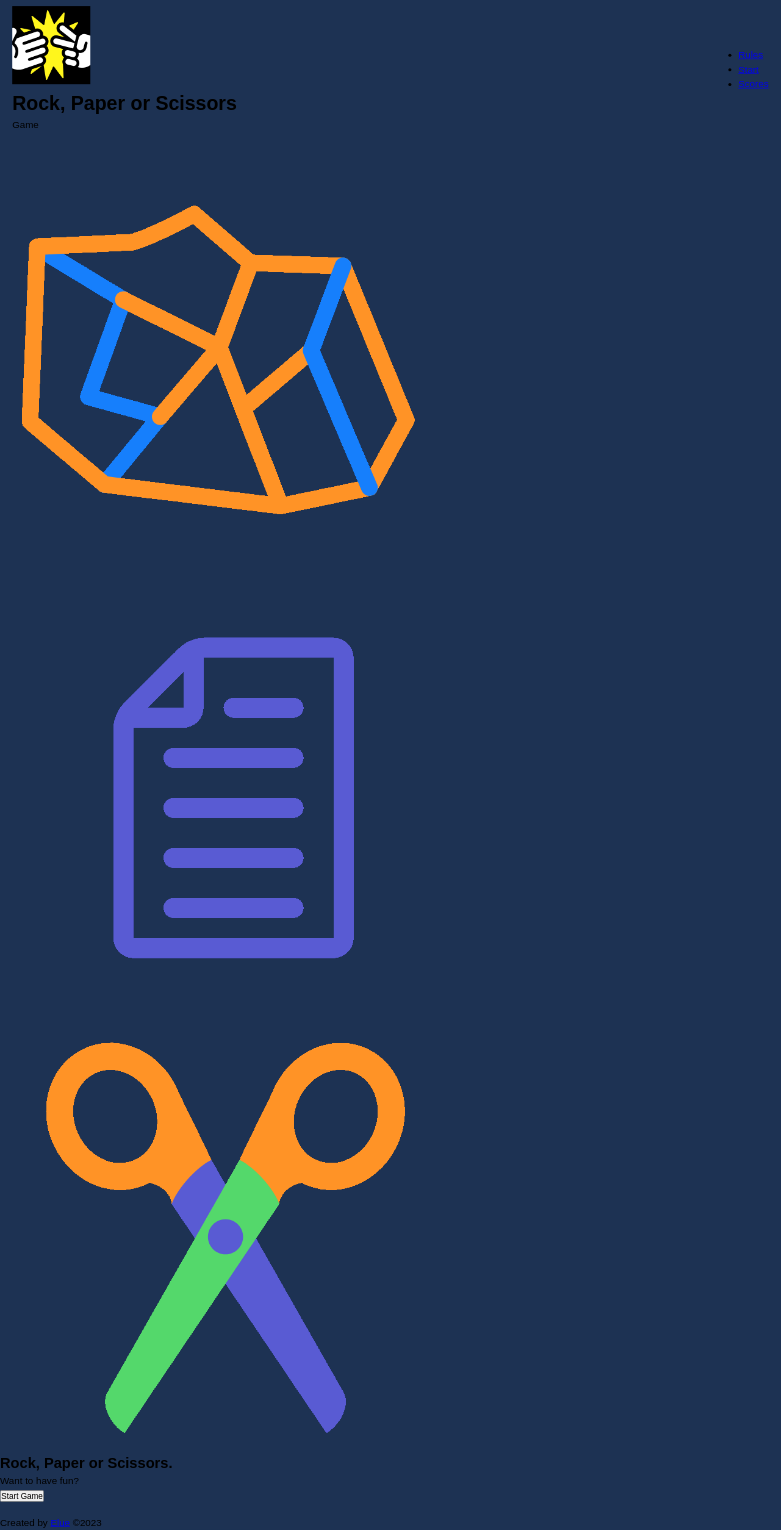
Repository: MikkyPrestige/rock-paper-scissors
Page: index.html
The author's editor kept a copy of each file at every save. The page is drawn from the files as they stood at one save, then again after the next save.
The browser window is 1280 px wide. The pictures show the whole page, at 61% of full size.

Above is the page before, as saved 2023-05-08 04:03:52.

After the next save:
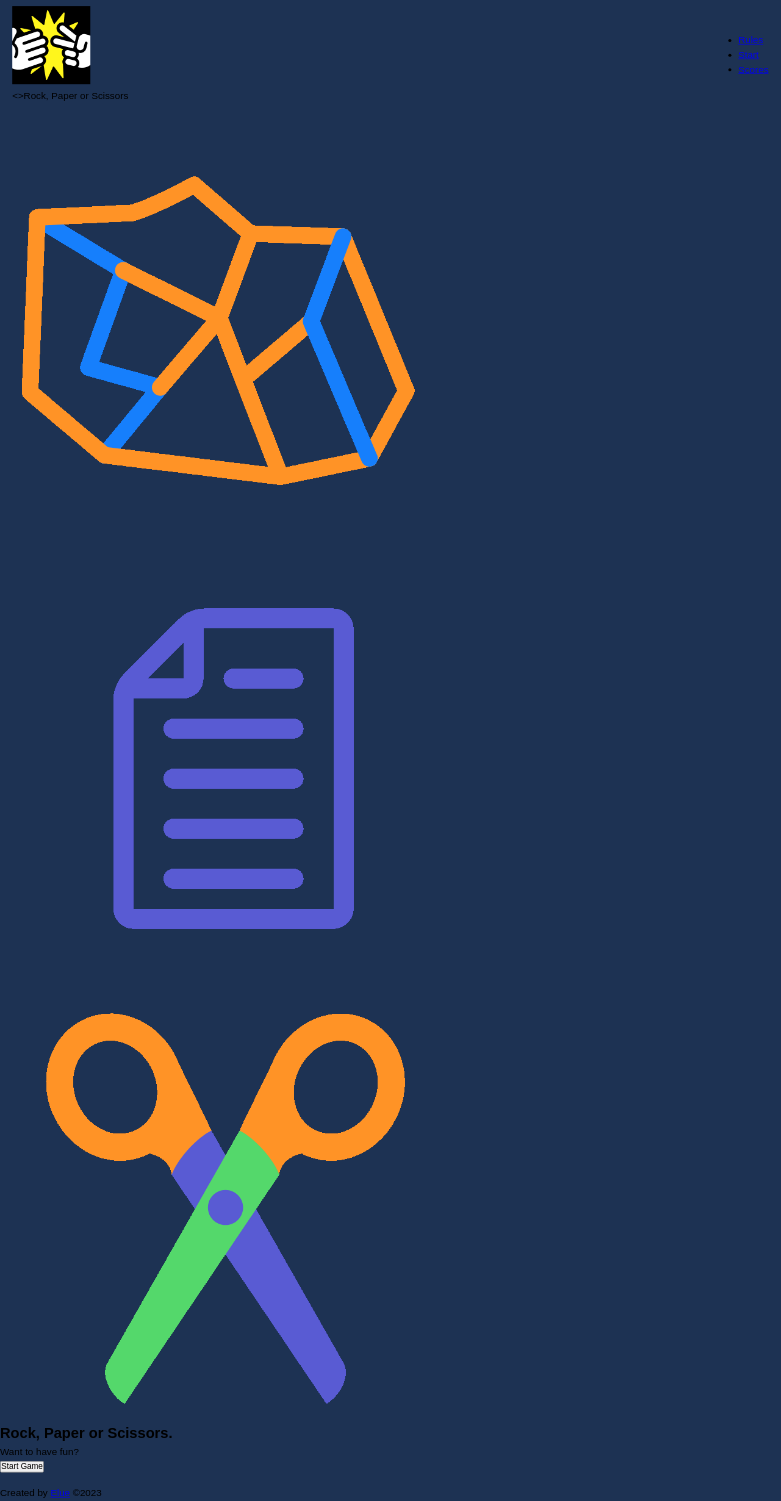
Saved 12 s later.
--- a/index.html
+++ b/index.html
@@ -16,8 +16,7 @@
       <figure>
         <img src="./img/logo.png" alt="Logo" class="logo">
         <figcaption>
-          <h1>Rock, Paper or Scissors</h1>
-          <p>Game</p>
+          <>Rock, Paper or Scissors
         </figcaption>
       </figure>
       <nav>
